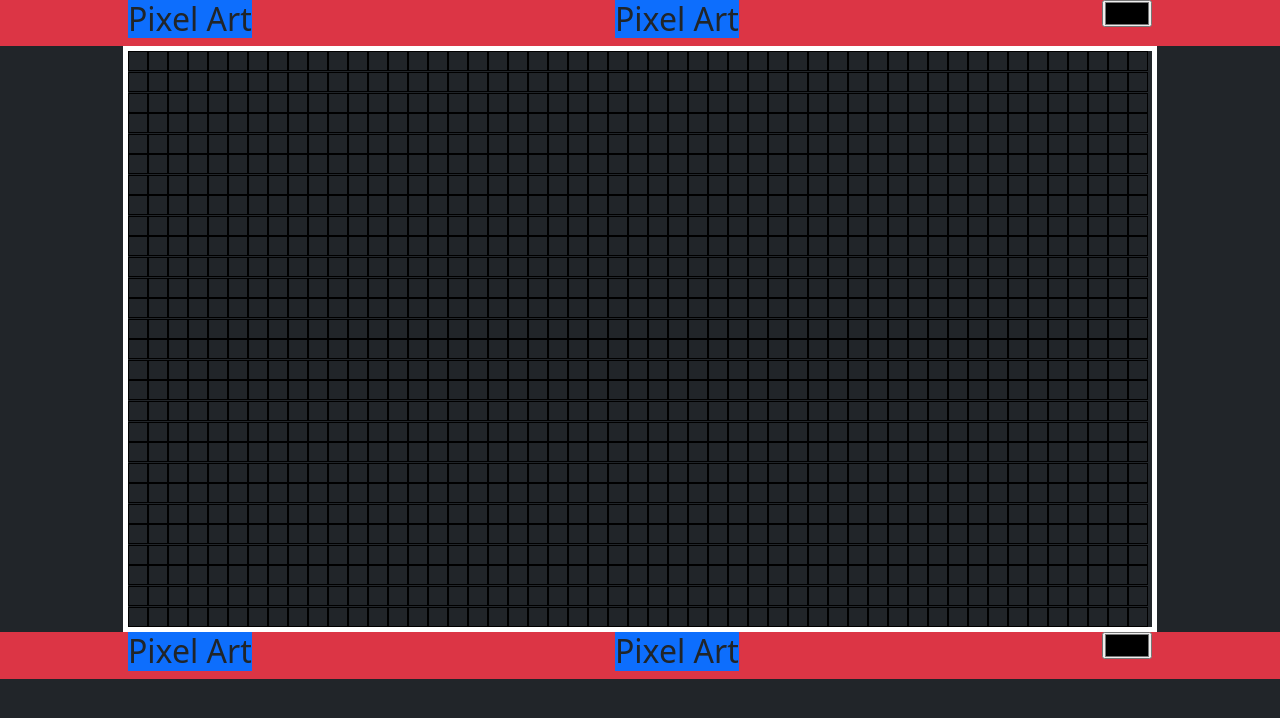
Repository: bechara611/pixelartdb
Page: /
An editor plug-in stored every save of this project. The page is shown before and after the next save, followed by the edit.
The browser window is 1280 px wide. The pictures show the whole page.
The project was rebuilt for these pictures with package versions that can differ from the ones it lists, and the page was loaded fresh each time. Also part of the build but not shown: vite.config.js.

Above is the page before, as saved 2023-03-07 13:35:14.

After the next save:
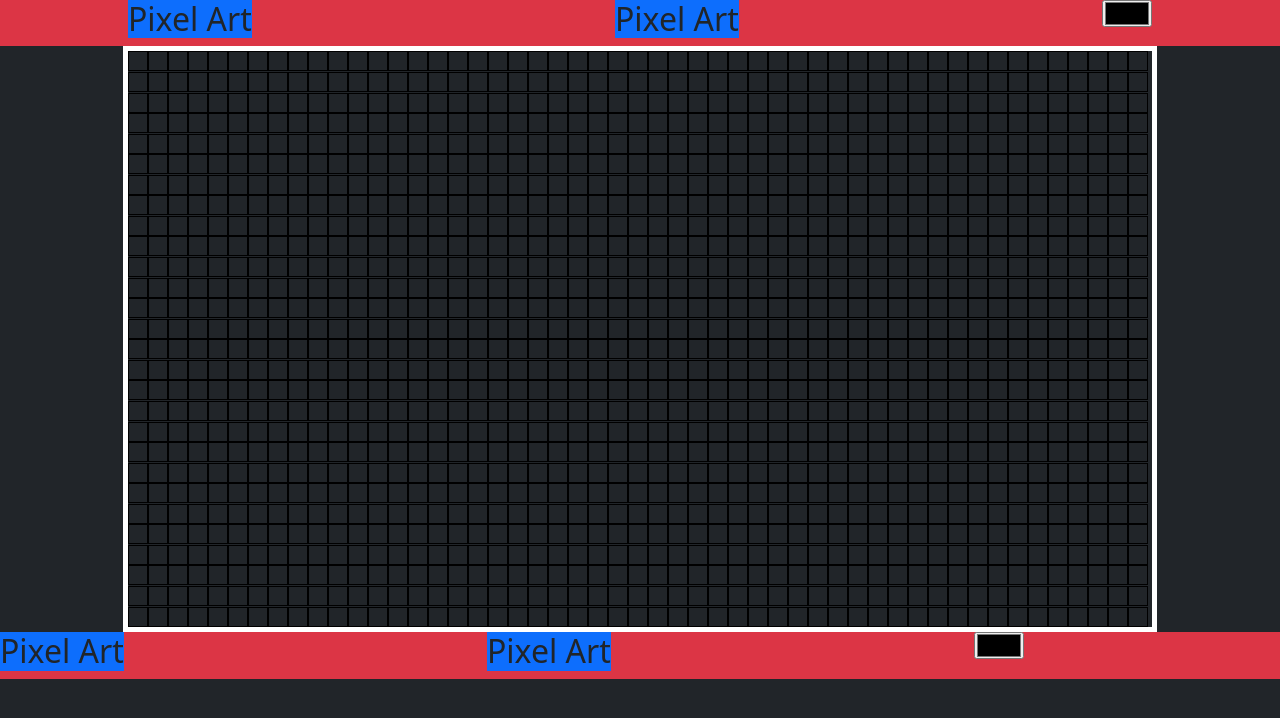
Saved 21 s later.
--- a/src/App.jsx
+++ b/src/App.jsx
@@ -82,7 +82,7 @@ const App = () => {
             </div>
           </div>
         </div>
-        <div className="col-12 contenedor-05 bg-danger">
+        <div className="col-12 contenedor-06 bg-danger">
           <div className="contenedor-mayor2 header">
             <h2 className='bg-primary'>Pixel Art</h2>
             <h2 className='bg-primary'>Pixel Art</h2>
